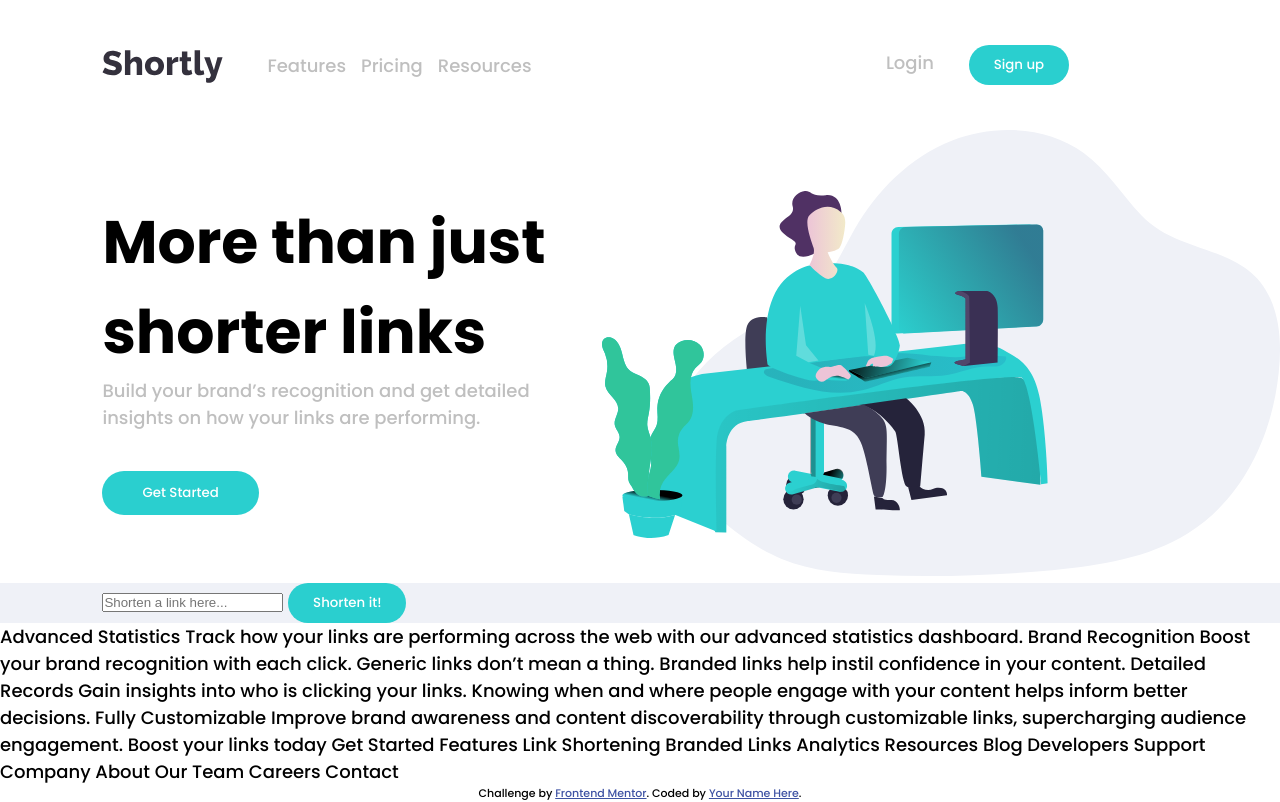
Repository: mamulini/URL-shortener
Page: index.html
An editor plug-in stored every save of this project. The page is shown before and after the next save, followed by the edit.
The browser window is 1280 px wide. The pictures show the whole page.
The style sheet was rebuilt from its Sass, Less or Tailwind sources for each picture, by a compiler version that may differ from the author's.

Above is the page before, as saved 2020-04-11 21:38:54.
Not found: design/bg-shorten-desktop.svg

After the next save:
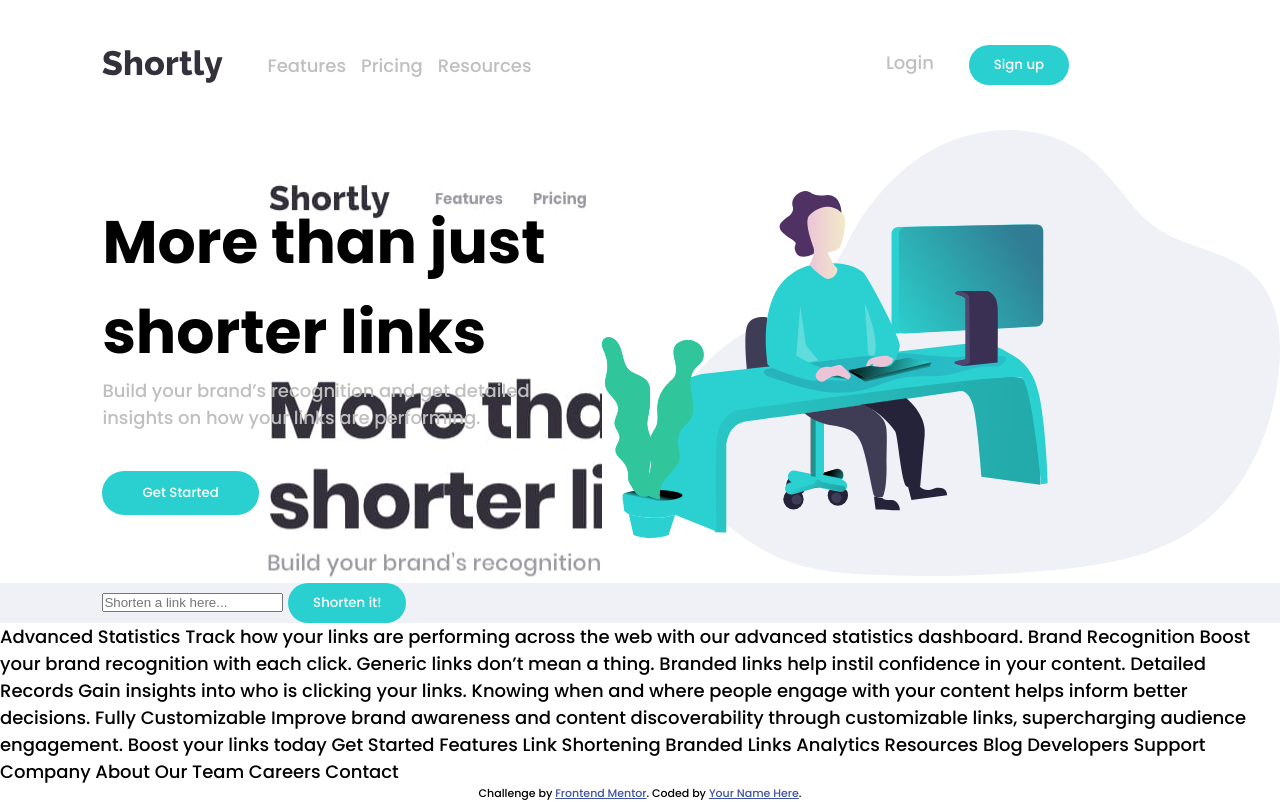
Saved 14 s later.
--- a/sass/main.scss
+++ b/sass/main.scss
@@ -107,7 +107,7 @@
         align-items: flex-start;
         max-width: 500px;
         margin-left: 8%;
-        background: url('../design/bg-shorten-desktop.svg');
+        background: url('../design/desktop-design.jpg');
     }
 
     &__title {

After the save that followed:
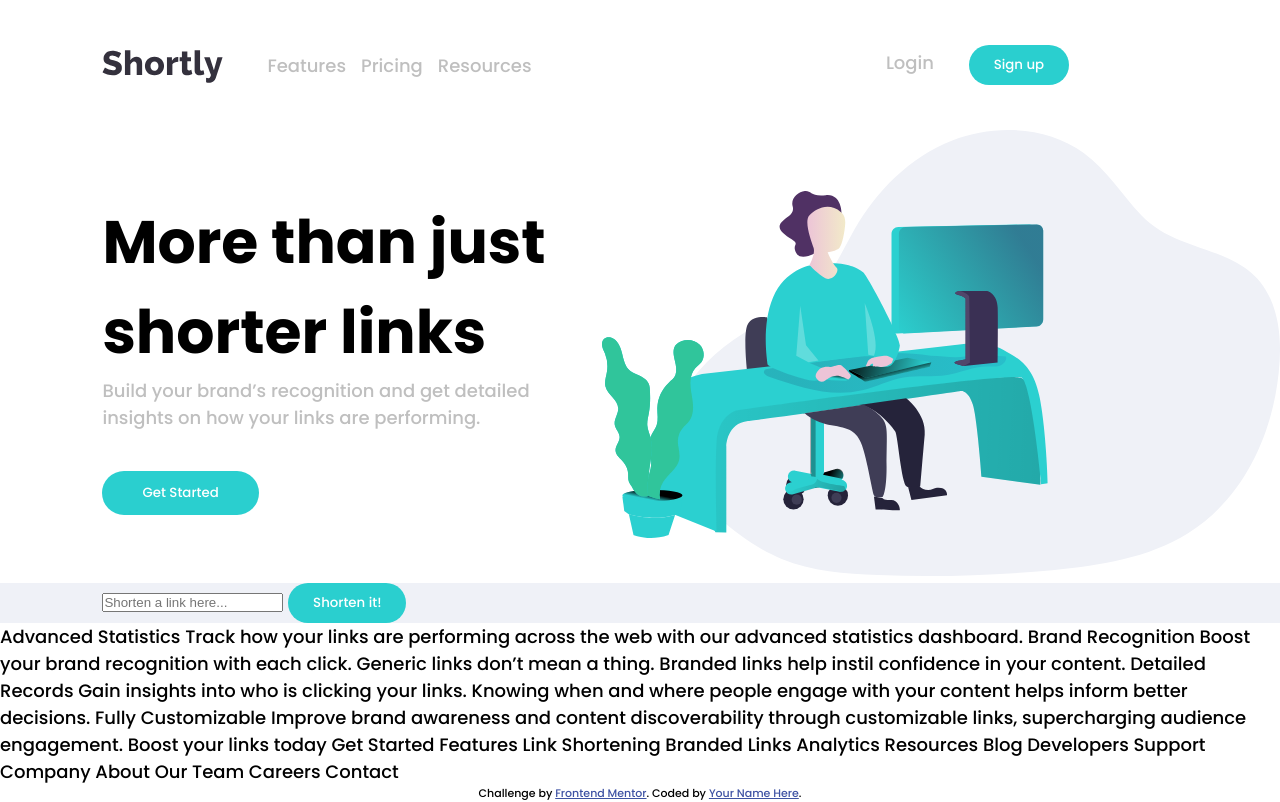
Saved 26 s later.
--- a/sass/main.scss
+++ b/sass/main.scss
@@ -107,7 +107,6 @@
         align-items: flex-start;
         max-width: 500px;
         margin-left: 8%;
-        background: url('../design/desktop-design.jpg');
     }
 
     &__title {
